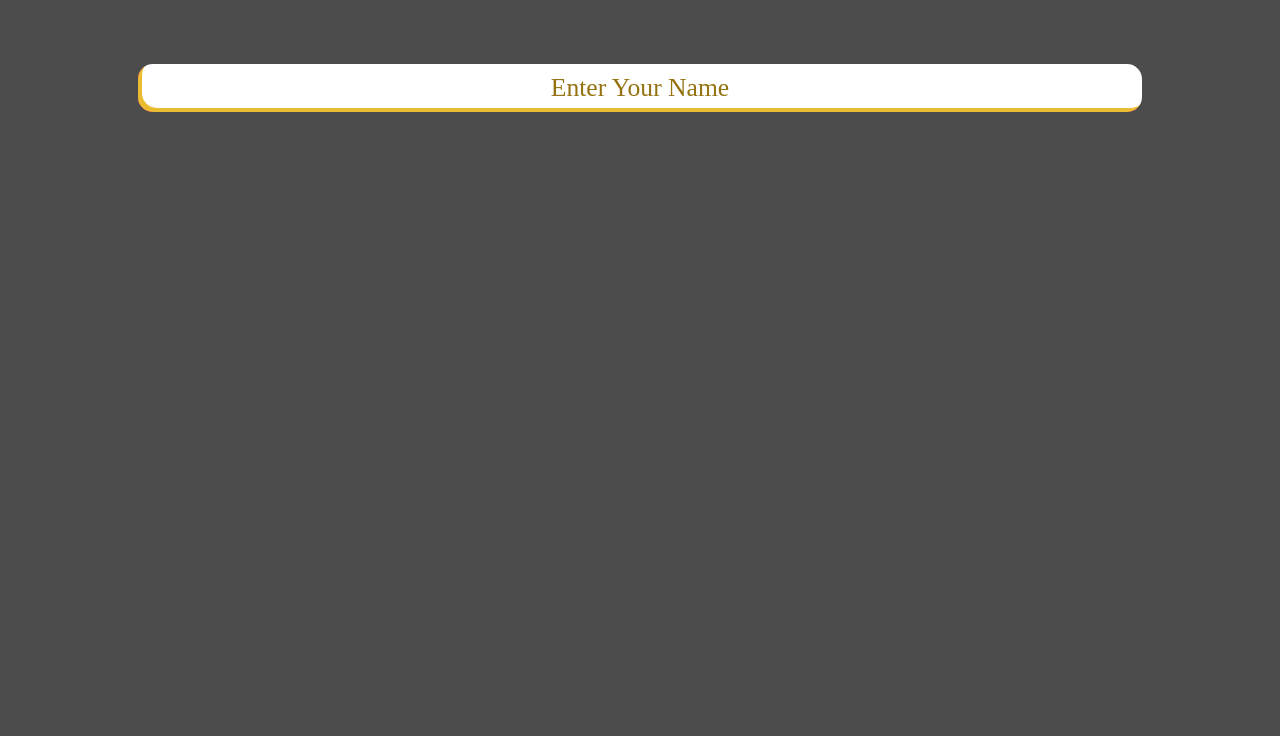
Repository: Haneef-Shaik/Greetings
Page: /
The author's editor kept a copy of each file at every save. The page is drawn from the files as they stood at one save, then again after the next save.
The browser window is 1280 px wide. The pictures show the whole page.
The project was rebuilt for these pictures with package versions that can differ from the ones it lists, and the page was loaded fresh each time. The framework's server and built-in components were replaced by stand-ins that run in the browser. Also part of the build but not shown: next.config.js, styles/card.module.scss, components/card.js, styles/socialShare.module.scss, components/socialShare.js.

Above is the page before, as saved 2021-12-01 20:29:25.

After the next save:
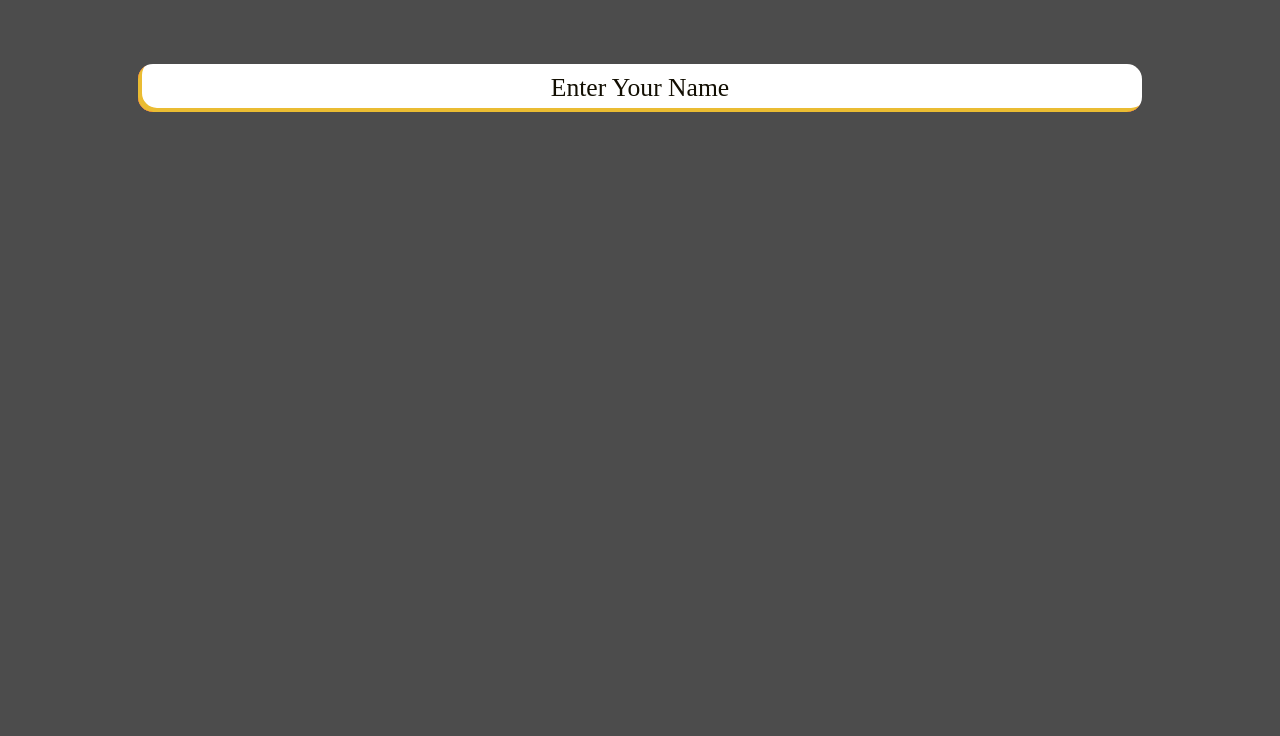
Saved 25 s later.
--- a/styles/form.module.scss
+++ b/styles/form.module.scss
@@ -14,7 +14,7 @@
         box-shadow: inset 4px -4px 0px #EABC32 , inset 2px -2px 0px #f00 ;
         line-height:3rem;
         &::placeholder{
-            color:#947310;
+            color:#120E02;
         }
     }
 }
